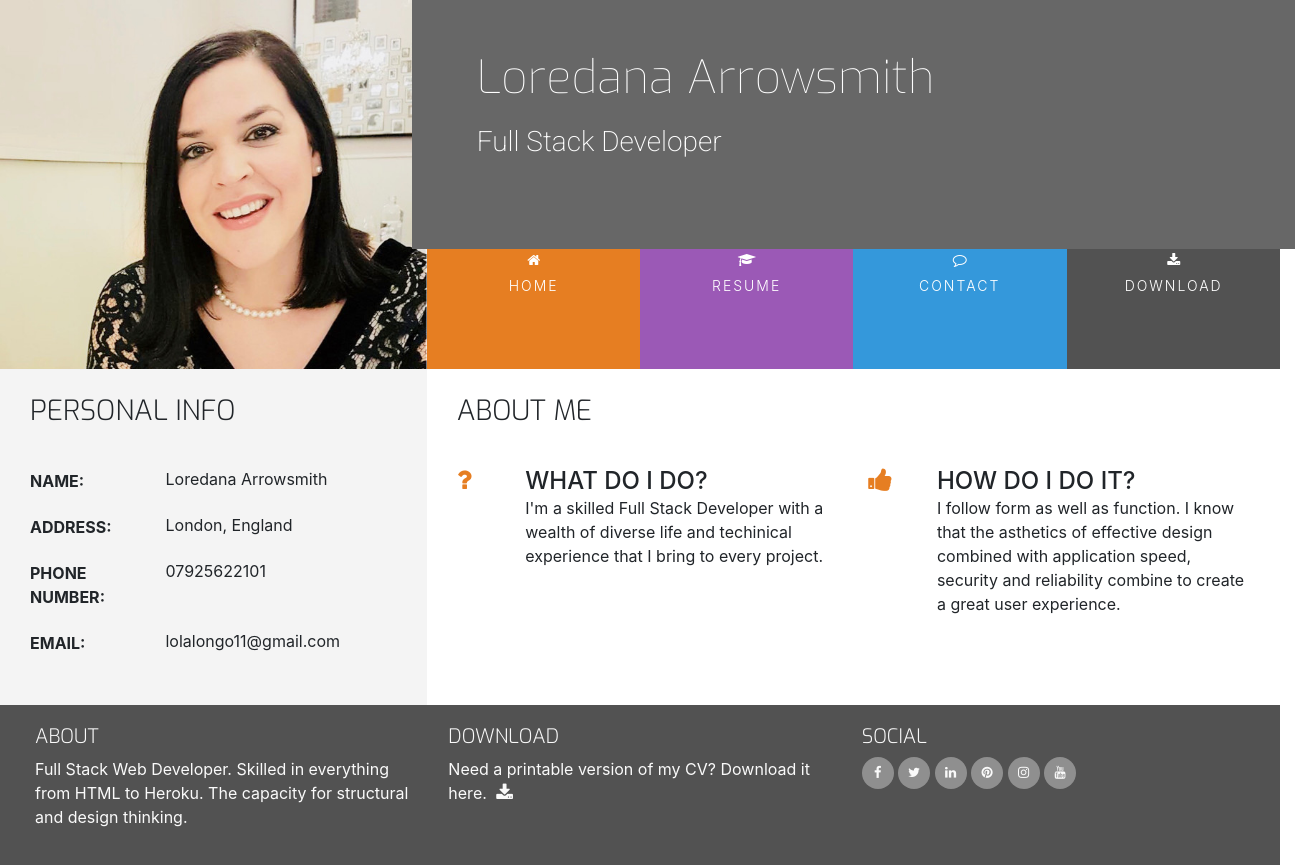
Repository: lolalongo11/Loredana-Resume
Page: resume.html
The author's editor kept a record of every edit. The page is drawn from the files as they stood at one moment, then again after the next edit.
The browser window is 1280 px wide. The page is 1295 px wide, so the pictures cover 1295 px, including what lies to the right of the window. The pictures show the whole page.

Above is the page before.

### resume.html
<!DOCTYPE html>
<html lang="en">
<head>
    <meta charset="UTF-8">
    <meta name="viewport" content="width=device-width, initial-scale=1.0">
    <meta http-equiv="X-UA-Compatible" content="ie=edge">
    <link rel="stylesheet" href="https://stackpath.bootstrapcdn.com/bootstrap/4.3.1/css/bootstrap.min.css" type="text/css" />
    <link rel="stylesheet" href="https://stackpath.bootstrapcdn.com/font-awesome/4.7.0/css/font-awesome.min.css" type="text/css" />
    <link rel="stylesheet" href="https://cdnjs.cloudflare.com/ajax/libs/hover.css/2.3.1/css/hover-min.css" type="text/css" />
    <link rel="stylesheet" href="assets/css/style.css" type="text/css" />
    <title>Loredana</title>
</head>
<body>
    <header>
        <div class="row no-gutters">
            <a href="index.html" class="col-md-4 logo">
                </a>

            <div class="col-md-8 no-gutters">
                <div class="row bg-color-name-title">
                    <div class="col heading">
                        <h1 class="name">Loredana Arrowsmith</h1>
                        <h2 class="title">Full Stack Developer</h2>
                    </div>
                </div>
                <div class="col no-gutters">
                    <ul id="nav" class="list-inline menucontainer">
                        <li class="col-6 col-sm-3 ui-menu-color-home list-inline-item menuitem">
                            <a href="#" class="hvr-sweep-to-bottom"><i class="fa fa-home" aria-hidden="true"></i><span>Home</span></a>
                        </li>
                        <li class="col-6 col-sm-3 ui-menu-color-resume list-inline-item menuitem">
                            <a href="#" class="hvr-sweep-to-bottom"><i class="fa fa-graduation-cap" aria-hidden="true"></i><span>Resume</span></a>
                        </li>
                        <li class="col-6 col-sm-3 ui-menu-color-contact list-inline-item menuitem">
                            <a href="#" class="hvr-sweep-to-bottom"><i class="fa fa-comment-o" aria-hidden="true"></i><span>Contact</span></a>
                        </li>
                        <li class="col-6 col-sm-3 ui-menu-color-download list-inline-item menuitem">
                            <a href="#" class="hvr-sweep-to-bottom"><i class="fa fa-download" aria-hidden="true"></i><span>Download</span></a>
                        </li>
                    </ul>
                </div>
            </div>
        </div>

    </header>
        <section class="container-fluid">
        <div class="row">
            <div class="col-md-4 bg-color-personal-info section-column">
                <div class="row">
                    <div class="col-12">
                        <h3 class="section-heading uppercase">
                            Personal Info
                        </h3>
                    </div>
                </div>
                <div class="personal-info-item">
                    <div class="key">
                        <p class="uppercase">
                            Name:
                        </p>
                    </div>
                    <div class="value">
                        <p>
                            Loredana Arrowsmith
                        </p>
                    </div>
                </div>
                <div class="personal-info-item">
                    <div class="key">
                        <p class="uppercase">
                            Address:
                        </p>
                    </div>
                    <div class="value">
                        <p>
                            London, England
                        </p>
                    </div>
                </div>
                 <div class="personal-info-item">
                    <div class="key">
                        <p class="uppercase">
                            Phone Number:
                        </p>
                    </div>
                    <div class="value">
                        <p>
                            07925622101
                        </p>
                    </div>

                </div>
                 <div class="personal-info-item">
                    <div class="key">
                        <p class="uppercase">
                            Email:
                        </p>
                    </div>
                    <div class="value">
                        <p>
                            lolalongo11@gmail.com
                        </p>
                    </div>

                </div>
            </div>
            <div class="col-md-8 bg-color-three-reasons section-column">
                <div class="row">
                    <div class="col">
                        <h3 class="section-heading uppercase">About Me</h3>
                    </div>
                </div>
                <div class="row">
                    <div class="col-10 offset-1 offset-sm-0 col-sm-4 col-md-6">
                        <div class="row">
                            <div class="col-2">
                                <i class="three-reasons-icon fa fa-question" aria-hidden="true"></i>
                            </div>
                            <div class="col-10">
                                <h4 class="three-reasons-heading uppercase">What do I do?</h4>
                                <p>
                                    I'm a skilled Full Stack Developer with a wealth of diverse life and techinical experience that I bring to every project.
                                </p>
                            </div>
                        </div>
                    </div>
                    <div class="col-10 offset-1 offset-sm-0 col-sm-4 col-md-6">
                        <div class="row">
                            <div class="col-2">
                                <i class="three-reasons-icon fa fa-thumbs-up" aria-hidden="true"></i>
                            </div>
                            <div class="col-10">
                                <h4 class="three-reasons-heading uppercase">How do I do it?</h4>
                                <p>
                                    I follow form as well as function. I know that the asthetics of effective design combined with application speed, security and reliability combine to create a great user experience.
                                </p>
                            </div>
                        </div>
                    </div>
                </div>
            </div>
        </div>
    </section>
    <footer class="container-fluid">
        <div id="footer-details" class="row">
            <div class="col-sm-4">
                <h5 class="uppercase general-sub">About</h5>
                <p class="inline-block">
                    Full Stack Web Developer. Skilled in everything from HTML to Heroku. The capacity for structural and design thinking.
                </p>
            </div>
            <div class="col-sm-4">
                <h5 class="uppercase general-sub">Download</h5>
                <p class="inline-block">
                    Need a printable version of my CV? Download it here.
                    <a href="#" target="_blank" class="cv-pdf">
                        <i class="fa fa-download" aria-hidden="true"></i>
                        <span class="sr-only">Download link.</span>
                    </a>
                </p>
            </div>
            <div class="col-sm-4">
                <h5 class="uppercase general-sub">Social</h5>
                <ul class="list-inline social-links">
                    <li class="list-inline-item">
                        <a target="_blank" href="#">
                            <i class="fa fa-facebook" aria-hidden="true"></i>
                            <span class="sr-only">Facebook</span>
                        </a>
                    </li>
                    <li class="list-inline-item">
                        <a target="_blank" href="#">
                            <i class="fa fa-twitter" aria-hidden="true"></i>
                            <span class="sr-only">Twitter</span>
                        </a>
                    </li>
                    <li class="list-inline-item">
                        <a target="_blank" href="#">
                            <i class="fa fa-linkedin" aria-hidden="true"></i>
                            <span class="sr-only">LinkedIn</span>
                        </a>
                    </li>
                    <li class="list-inline-item">
                        <a target="_blank" href="#">
                            <i class="fa fa-pinterest" aria-hidden="true"></i>
                            <span class="sr-only">pinterest</span>
                        </a>
                    </li>
                    <li class="list-inline-item">
                        <a target="_blank" href="#">
                            <i class="fa fa-instagram" aria-hidden="true"></i>
                            <span class="sr-only">Instagram</span>
                        </a>
                    </li>
                    <li class="list-inline-item">
                        <a target="_blank" href="#">
                            <i class="fa fa-youtube" aria-hidden="true"></i>
                            <span class="sr-only">You Tube</span>
                        </a>

                    </li>

                </ul>
            </div>
        </div>

    </footer>
</body>
</html>

### assets/css/style.css
@import url('https://fonts.googleapis.com/css?family=Roboto:100,200,300,400,500,600,700|Exo:100,200,300,400,500,600,700');

/* ----------------------------------------------------Colours */

.bg-color-name-title {
    background-color: #676767;
}

.bg-color-three-reasons {
    background-color: #fff;

}

.bg-color-personal-info {
    background-color: #f4f4f4;
}

.ui-menu-color-home {
    background-color: #e67e22;
}

.ui-menu-color-resume {
    background-color: #9b59b6;
}

.ui-menu-color-contact {
    background-color: #3498db;
}

.ui-menu-color-download {
    background-color: #525252;
}

/* ----------------------------------------------------Special margins/padding/text */

h1,
h2,
h3,
h4 {
    margin: 0;
}

.uppercase {
    text-transform: uppercase;
}

.general-sub {
    font-family: "Exo", sans-serif;
    font-weight: 300;
    color: #fafafa;
}

.inline-block {
    display: inline-block;
}

.row-table {
    display: table;
}


.section-column {
    display: table-cell;
    padding: 0 30px 30px;
    float: none;
}

.section-heading {
    font-family: "Exo"; sans-serif;
    font-weight: 300;
    margin-top: 25px;
    margin-bottom: 40px;
}



/* ----------------------------------------------------Heading */

.header {
    margin: 0;
}

.heading {
    margin-left: 50px;
}

.logo {
    background: url("../images/loredana.jpg");
    background-position: center;
    background-repeat: no-repeat;
    background-size: cover;
    min-height: 360px;
    transition: all .5s ease-in-out;
    -moz-transition: all .5s ease-in-out;
    -webkit-transition: all .5s ease-in-out;
}

.name {
    font-family: "Exo", sans-serif;
    font-weight: 100;
    font-size: 46px;
    margin-top: 50px;
    color: #fff;
}

.title {
    font-family: "Roboto", sans-serif;
    font-weight: 200;
    font-size: 28px;
    margin-top: 20px;
    margin-bottom: 90px;
    color: #fff;

}

.list-inline-item:not(:last-child) {
    margin: 0;
}

.menucontainer {
    font-size: 0;
}

#nav li {
    font-size: 14px;
    padding: 0;
}

#nav {
    margin: 0px;
}

.menuitem {
    height: 120px;
    text-align: center;
    padding: 0;
}

.menuitem a {
    width: 100%;
    text-decoration: none;
    color: #fff;
    height: 120px;
}

.menu a i {
    padding-top: 22px;
    display: block;
    color: #fafafa;
    font-size: 26px;
}

.menuitem span {
    display: block;
    width: 100%;
    padding-top: 5px;
    text-align: center;
    text-transform: uppercase;
    font-size: 14px;
    font-weight: 300;
    letter-spacing: 2px;
}

/* ----------------------------------------------------Hover.css */

.hvr-sweep-to-bottom:before {
    background: rgba(0, 0, 0, 0.2);
    height: 120px;
}

/* ----------------------------------------------------Footer */

footer {
    background-color: #525252;
    color: #fafafa;
    min-height: 120px;
    margin: 0;
}

.cv-pdf i {
    font-size: 18px;
    color: #fafafa;
    text-align: center;
    padding-left: 5px;
    transition: all 0.35s ease-in-out;
    -moz-transition: all 0.35s ease-in-out;
    -webkit-transition: all 0.35s ease-in-out;
    -o-transition: all 0.35s ease-in-out;
}

.cv-pdf i:hover {
    color: #e84610;
}

.social-links {
    padding-bottom: 15px;
}

.social-links li a i {
    width: 32px;
    height: 32px;
    padding: 12px 0;
    border-radius: 50%;
    font-size: 13px;
    line-height: 7px;
    text-align: center;
    color: #fafafa;
    background-color: #8f8f8f;
    transition: all 0.35s ease-in-out;
    -moz-transition: all 0.35s ease-in-out;
    -webkit-transition: all 0.35s ease-in-out;
    -o-transition: all 0.35s ease-in-out;
}

.social-links li a i:hover {
    background: #e84610;
}

#footer-details{
    padding: 20px;
}

/* ----------------------------------------------------Three reasons */

.three-reasons-icon {
    font-size: 26px;
    color: #e67e22;
}

.three-resons-heading {
    margin-bottom: 15px
}

/* ----------------------------------------------------Personal info */

.personal-info-item {
    margin-bottom: 20px;
    display: block;
    clear: both;
}

.personal-info-item .key,
.personal-info-item .value {
  padding-right: 8px;
  display: inline-block;
}

.personal-info-item .key p,
.personal-info-item .value p {
    margin: 0;
}

.personal-info-item .key {
    width: 30%;
    margin-right: 21px;
    padding-top: 2px;
    vertical-align: top;

}

.personal-info-item .key p{
    font-weight: 700;

}

.personal-info-item .value,{
     position:relative;
     width: 60%;
}

After the next edit:
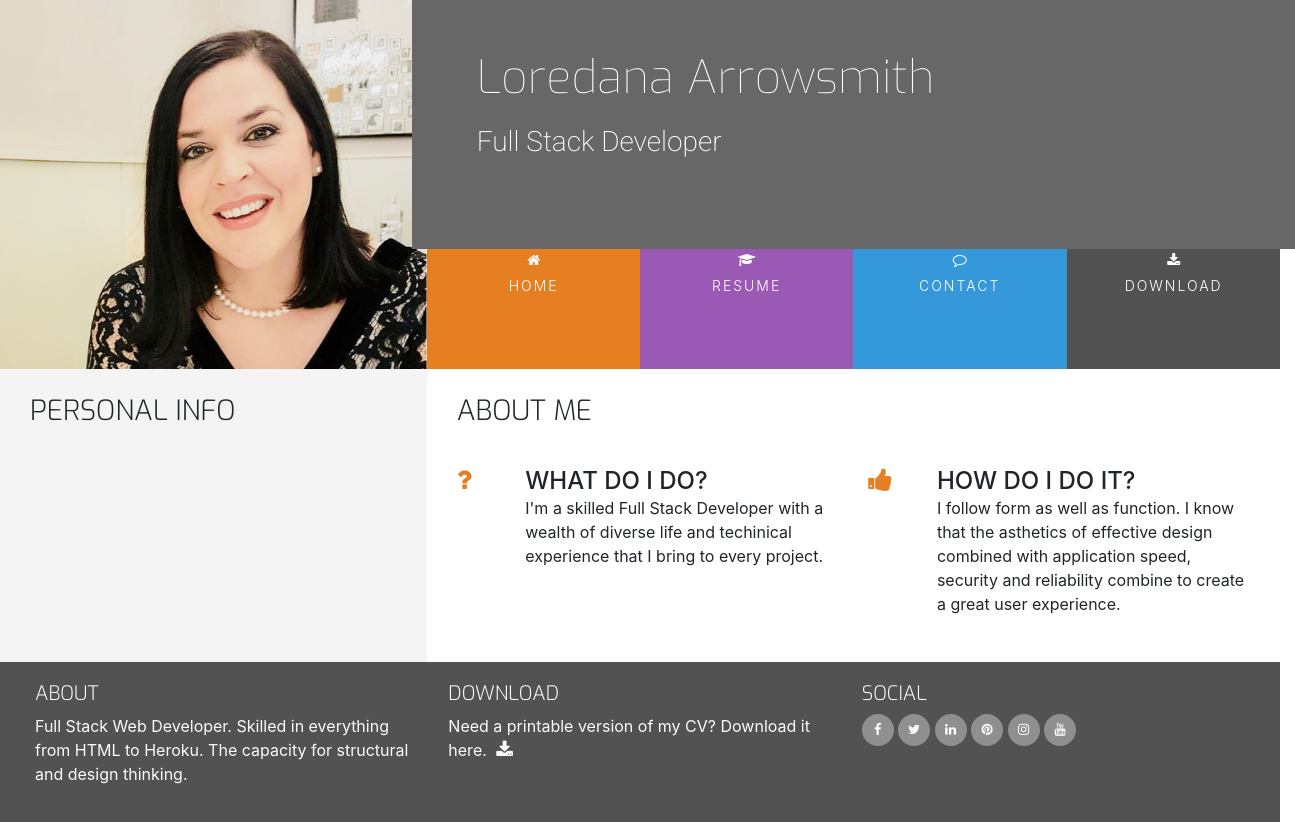
The edit:
--- a/resume.html
+++ b/resume.html
@@ -52,56 +52,6 @@
                             Personal Info
                         </h3>
                     </div>
-                </div>
-                <div class="personal-info-item">
-                    <div class="key">
-                        <p class="uppercase">
-                            Name:
-                        </p>
-                    </div>
-                    <div class="value">
-                        <p>
-                            Loredana Arrowsmith
-                        </p>
-                    </div>
-                </div>
-                <div class="personal-info-item">
-                    <div class="key">
-                        <p class="uppercase">
-                            Address:
-                        </p>
-                    </div>
-                    <div class="value">
-                        <p>
-                            London, England
-                        </p>
-                    </div>
-                </div>
-                 <div class="personal-info-item">
-                    <div class="key">
-                        <p class="uppercase">
-                            Phone Number:
-                        </p>
-                    </div>
-                    <div class="value">
-                        <p>
-                            07925622101
-                        </p>
-                    </div>
-
-                </div>
-                 <div class="personal-info-item">
-                    <div class="key">
-                        <p class="uppercase">
-                            Email:
-                        </p>
-                    </div>
-                    <div class="value">
-                        <p>
-                            lolalongo11@gmail.com
-                        </p>
-                    </div>
-
                 </div>
             </div>
             <div class="col-md-8 bg-color-three-reasons section-column">
